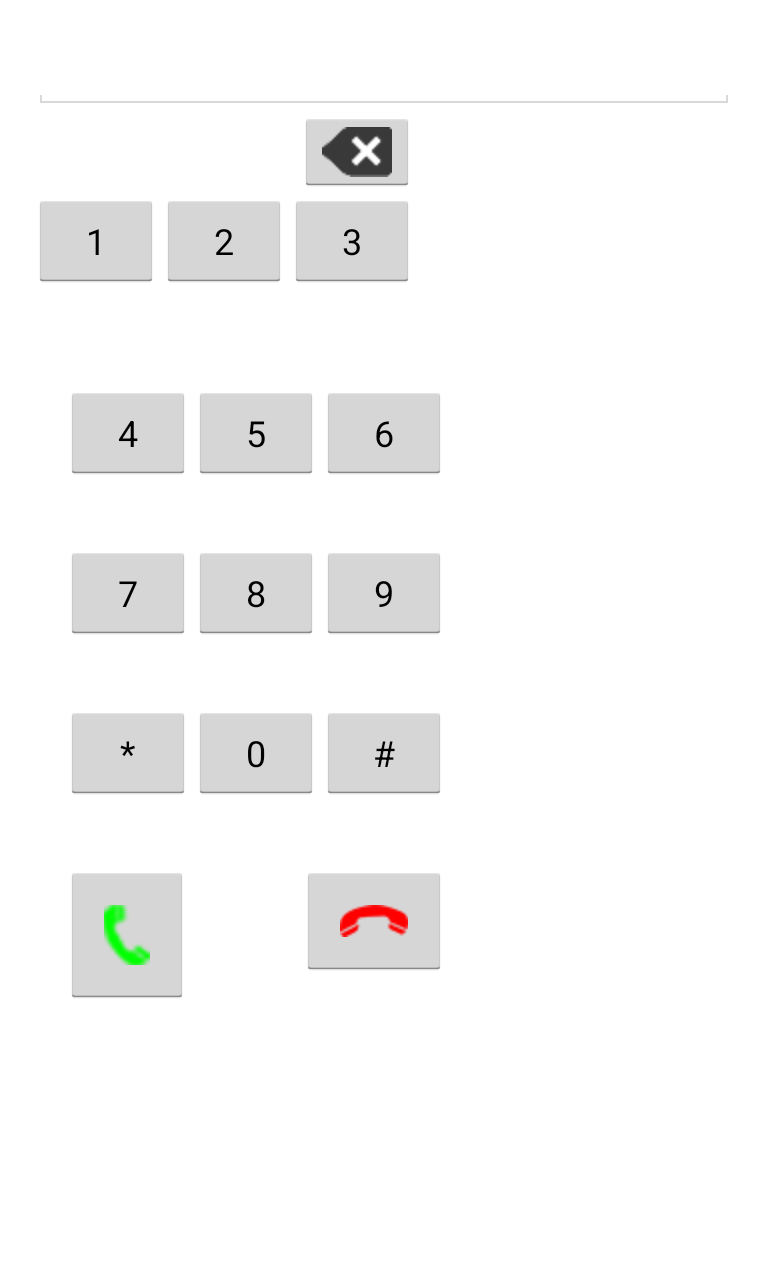
Repository: andreeastoican/Laborator03
Layout: PhoneDialer/res/layout/activity_phone_dialer.xml
An editor plug-in stored every save of this project. The layout is shown before and after the next save, followed by the edit.
It is drawn on a 768 x 1280 px phone screen (xhdpi) without system bars, with theme AppTheme; the app's code is not run.

Above is the layout before, as saved 2015-03-10 10:00:28.

After the next save:
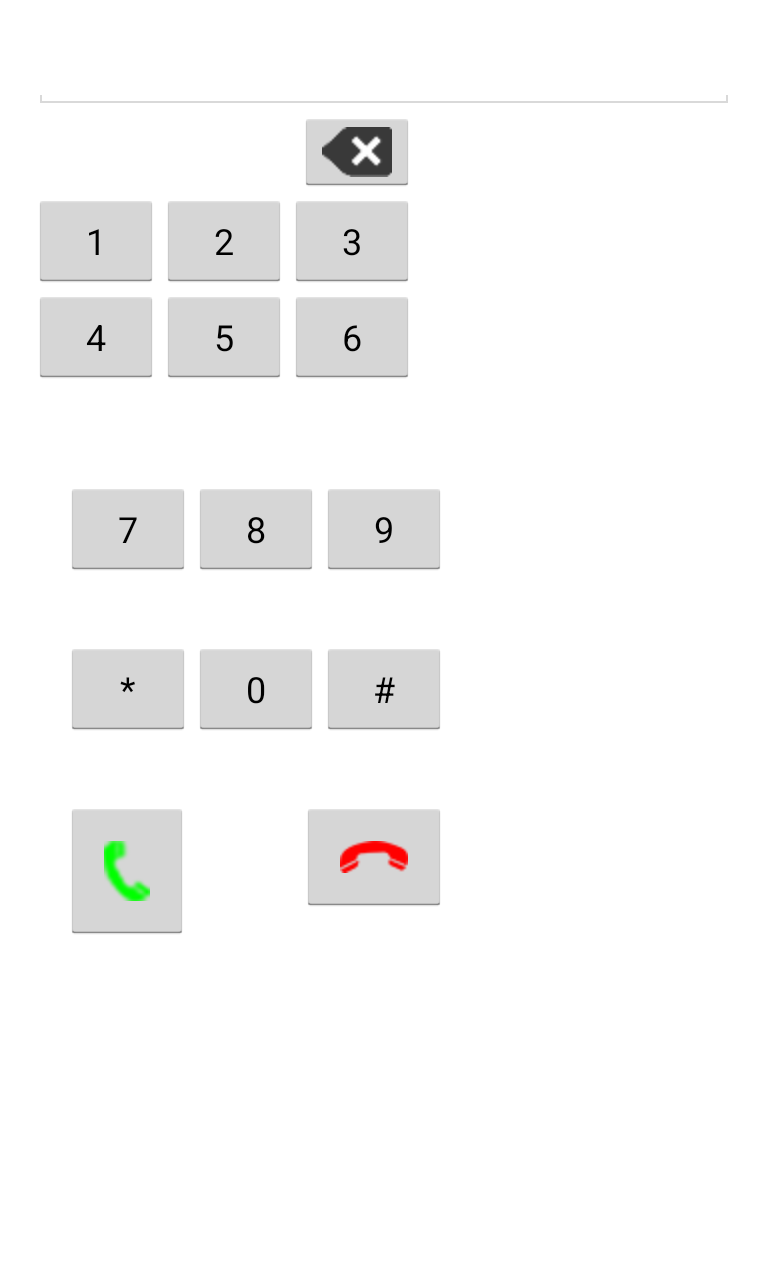
Saved 2 min 59 s later.
--- a/PhoneDialer/res/layout/activity_phone_dialer.xml
+++ b/PhoneDialer/res/layout/activity_phone_dialer.xml
@@ -55,37 +55,6 @@
 	        android:layout_height="wrap_content"
 	        android:text="3"
 		    />
-
-    </GridLayout>
-
-
-
-	<LinearLayout
-	      android:id="@+id/layout1"
-		  android:layout_below="@id/id_img_button"
-		  android:layout_width="wrap_content"
-		  android:layout_height="wrap_content"
-		  android:paddingBottom="@dimen/activity_vertical_margin"
-		  android:paddingLeft="@dimen/activity_horizontal_margin"
-		  android:paddingRight="@dimen/activity_horizontal_margin"
-		  android:paddingTop="@dimen/activity_vertical_margin"
-		  android:orientation="horizontal">
-
-
-
-	</LinearLayout>
-
-	<LinearLayout
-	  android:layout_below="@id/layout1"
-	  android:id="@+id/layout2"
-	  android:layout_width="wrap_content"
-	  android:layout_height="wrap_content"
-	  android:paddingBottom="@dimen/activity_vertical_margin"
-	  android:paddingLeft="@dimen/activity_horizontal_margin"
-	  android:paddingRight="@dimen/activity_horizontal_margin"
-	  android:paddingTop="@dimen/activity_vertical_margin"
-	  android:orientation="horizontal">
-
 		<Button
 		    android:id="@+id/id4"
 		    android:layout_width="wrap_content"
@@ -104,6 +73,22 @@
 	        android:layout_height="wrap_content"
 	        android:text="6"
 		    />
+
+    </GridLayout>
+
+
+	<LinearLayout
+	  android:layout_below="@id/layout1"
+	  android:id="@+id/layout2"
+	  android:layout_width="wrap_content"
+	  android:layout_height="wrap_content"
+	  android:paddingBottom="@dimen/activity_vertical_margin"
+	  android:paddingLeft="@dimen/activity_horizontal_margin"
+	  android:paddingRight="@dimen/activity_horizontal_margin"
+	  android:paddingTop="@dimen/activity_vertical_margin"
+	  android:orientation="horizontal">
+
+
 
 	</LinearLayout>
 
